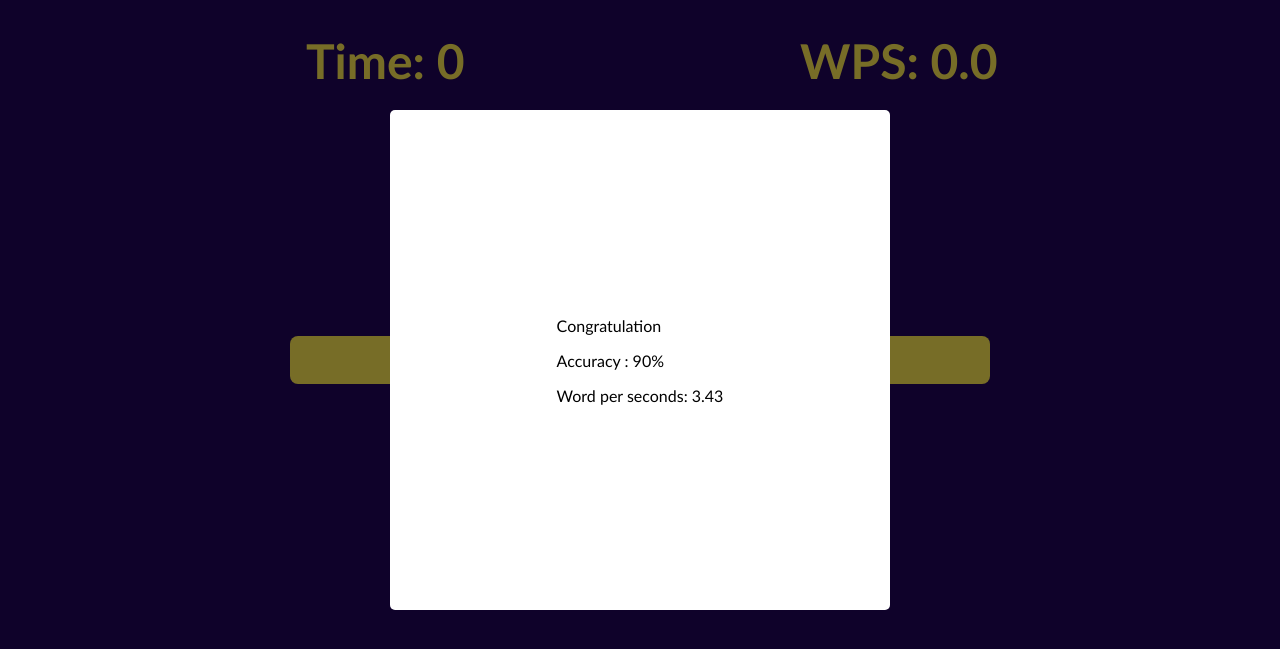
Repository: KhangNguyenIU/Vanilajs-TypingSpeed
Page: index.html
An editor plug-in stored every save of this project. The page is shown before and after the next save, followed by the edit.
The browser window is 1280 px wide. The pictures show the whole page.
The page's requests for data from a server got no answer.

Above is the page before, as saved 2021-10-15 11:16:18.

After the next save:
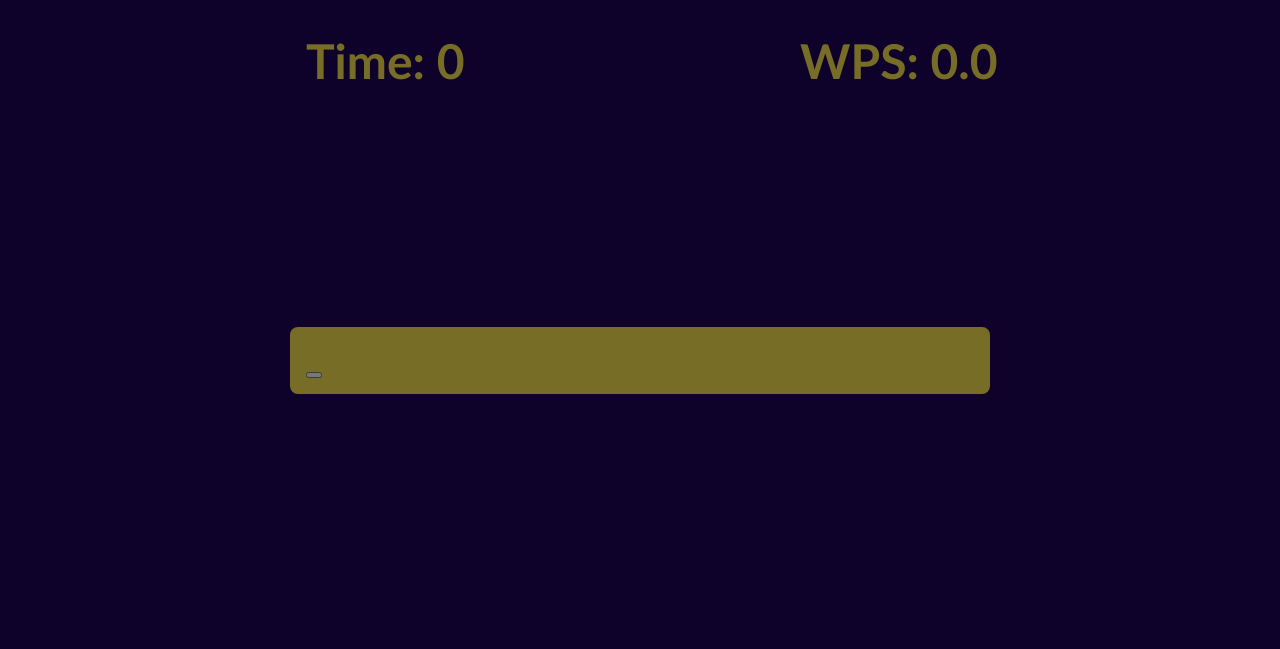
Console error: TypeError: button.onclick is not a function
Saved 10 min 57 s later.
--- a/index.html
+++ b/index.html
@@ -20,6 +20,7 @@
           <span id="word-speed"> 0.0 </span>
         </div>
         <div class="quote-display" id="quoteDisplay"></div>
+        <button id=button></button>
       </div>
 
       <div class="modal" id ="modal">
--- a/style.css
+++ b/style.css
@@ -39,7 +39,7 @@
     position: absolute;
     top: 50%;
     left: 50%;
-    transform: translate(-50%, -50%) ;
+    transform: translate(-50%, -50%) scale(0);
     transition: 200ms ease-in-out;
     border-radius: 5px;
     z-index: 10;
@@ -53,6 +53,9 @@
     align-items: center;
   }
 
+  .modal.active{
+    transform: scale(1);
+  }
   .modal-body{
 
   }
--- a/script.js
+++ b/script.js
@@ -1,7 +1,10 @@
 const RANDOM_QUOTE_API_URL = "http://api.quotable.io/random"
+
 const quoteDisplayElement = document.getElementById('quoteDisplay')
 const quoteInputElement = document.getElementById('quoteInput')
 const timerDisplay = document.getElementById("timer")
+const modal = document.getElementById("modal")
+const overlay = document.getElementById("overlay")
 const wordSpeedDisplay = document.getElementById('word-speed')
 const blockedKey = [91, 20, 18, 17, 16, 13, 9]
 let current = 0
@@ -11,6 +14,12 @@ let wordSpeed;
 let flag = false
 let startTime;
 var interval;
+
+
+const button = document.getElementById("button")
+button.onclick(function(){
+    modal.classList.add("active")
+})
 function getRandomQuote() {
     return fetch(RANDOM_QUOTE_API_URL)
         .then(response => response.json())
